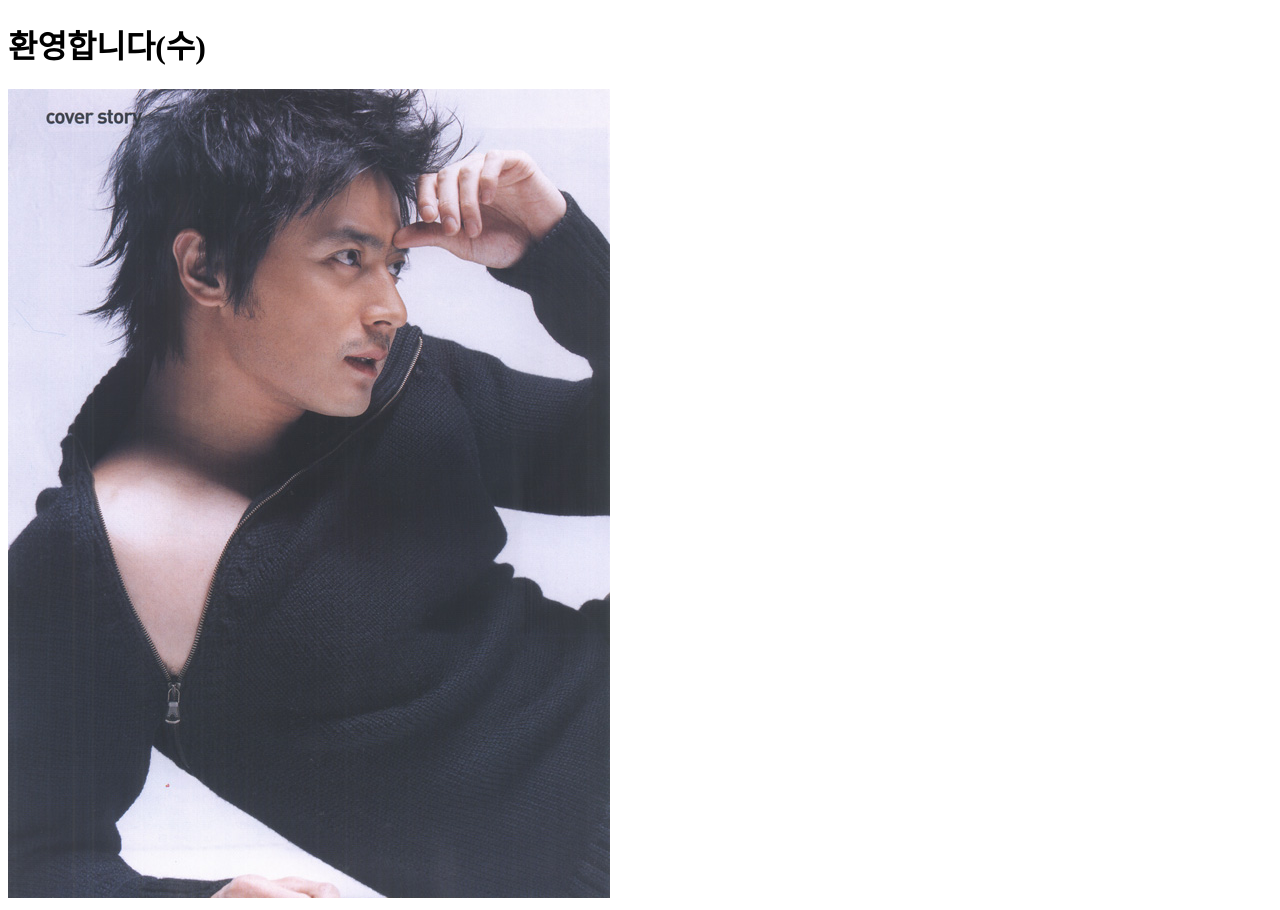
Repository: wishinghyun/multicampus
Page: webwork/clientweb/WebContent/js_basic/js_switch_test.html
The author's editor kept a copy of each file at every save. The page is drawn from the files as they stood at one save, then again after the next save.
The browser window is 1280 px wide. The pictures show the whole page.

Above is the page before, as saved 2020-01-07 03:47:33.

After the next save:
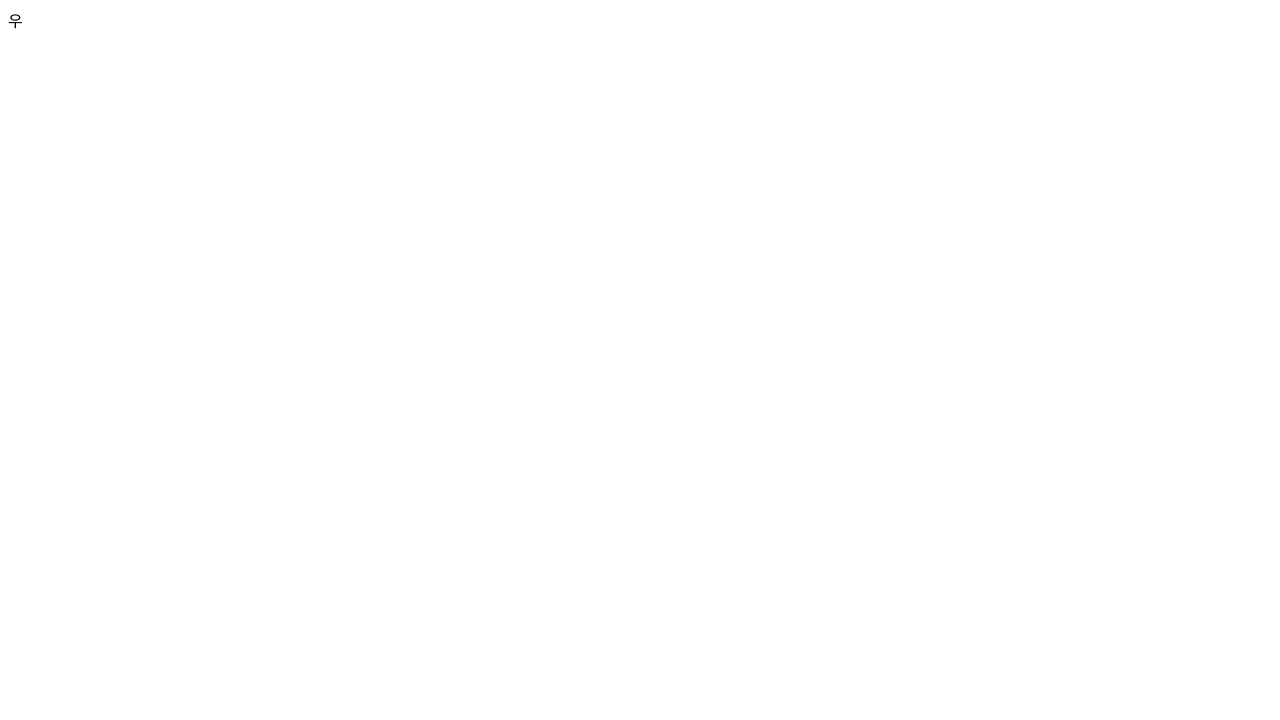
Saved 5 s later.
--- a/webwork/clientweb/WebContent/js_basic/js_switch_test.html
+++ b/webwork/clientweb/WebContent/js_basic/js_switch_test.html
@@ -7,7 +7,7 @@
 <body>
 	<script type="text/javascript">
 		var jumsu;
-		jumsu= 90;
+		jumsu= 70;
 		switch(jumsu/10)
 		{
 			case 10:

After the save that followed:
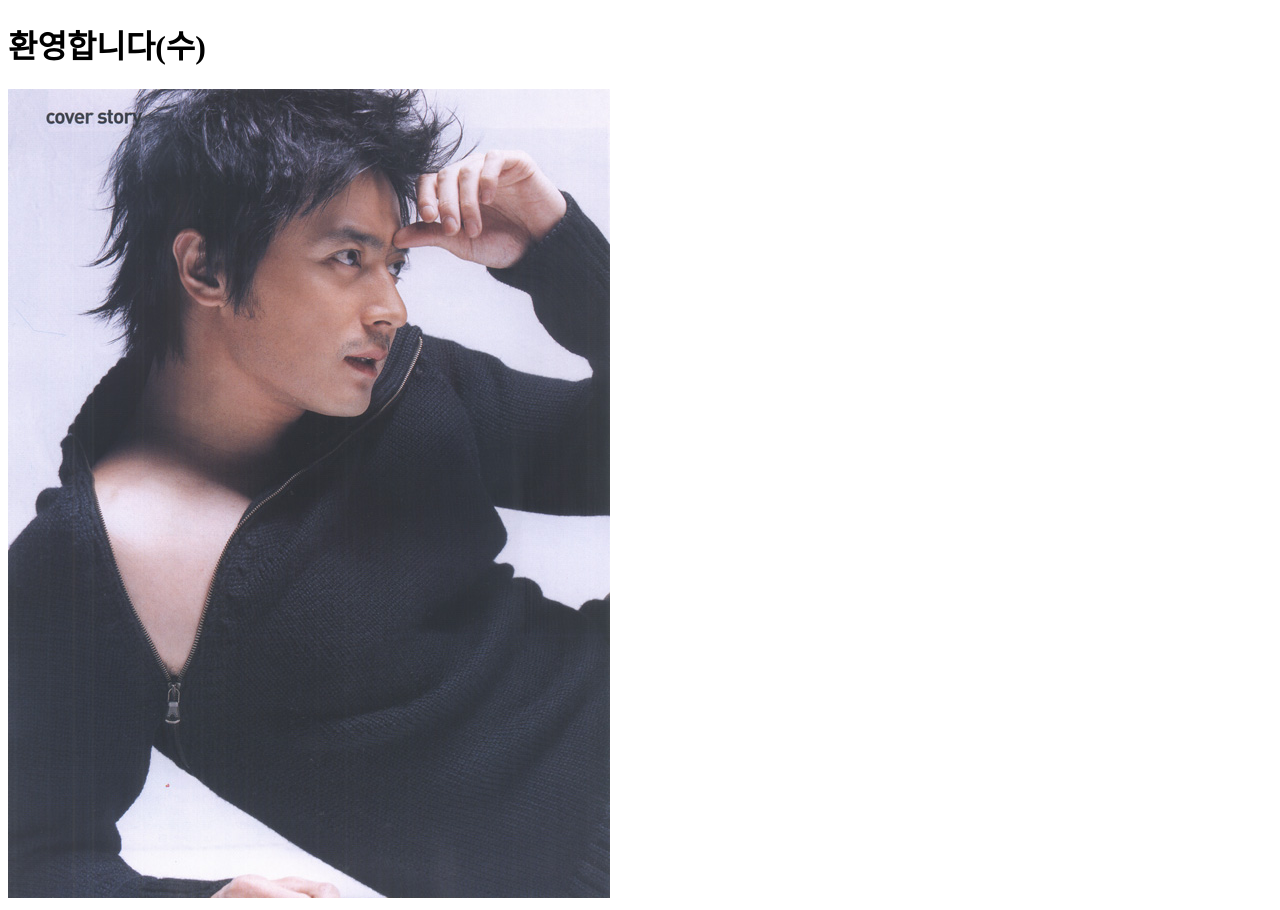
Saved 8 s later.
--- a/webwork/clientweb/WebContent/js_basic/js_switch_test.html
+++ b/webwork/clientweb/WebContent/js_basic/js_switch_test.html
@@ -7,7 +7,7 @@
 <body>
 	<script type="text/javascript">
 		var jumsu;
-		jumsu= 70;
+		jumsu= 100;
 		switch(jumsu/10)
 		{
 			case 10:
